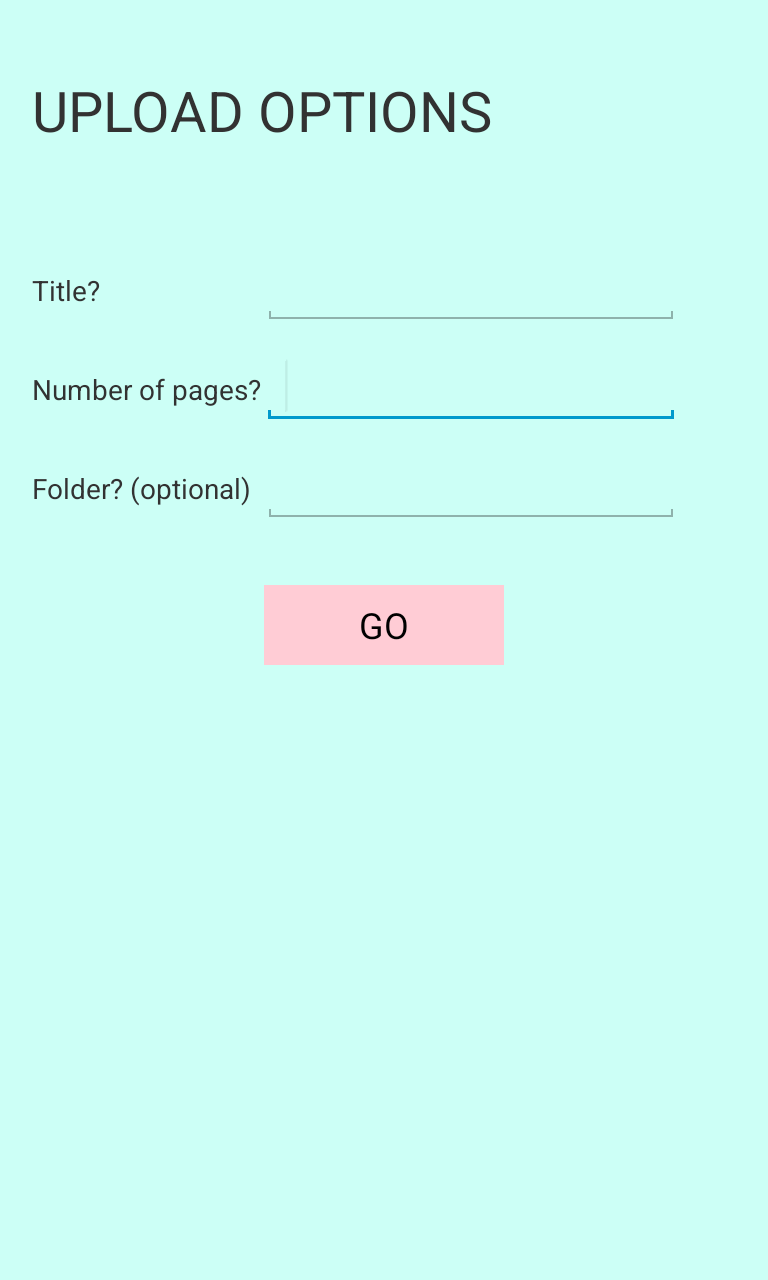
Repository: nick11roberts/Moka-Scanr
Layout: Document Uploader/res/layout/activity_options.xml
These files come from the project's save history. The layout is drawn as it stood at one moment and after the next save; the edit follows.
It is drawn on a 768 x 1280 px phone screen (xhdpi) without system bars, with theme android:Theme.Holo.Light.NoActionBar; the app's code is not run. The app's manifest (not shown) leaves right-to-left support off. So textAlignment, textDirection and layoutDirection are ignored, and left and right values win over start and end ones.

Above is the layout before, as saved 2014-05-30 21:55:30.

### Document Uploader/res/layout/activity_options.xml
<LinearLayout xmlns:android="http://schemas.android.com/apk/res/android"
    xmlns:tools="http://schemas.android.com/tools"
    android:layout_width="match_parent"
    android:layout_height="match_parent"
    android:background="@color/bg_color"
    android:baselineAligned="true"
    android:gravity="center_horizontal"
    android:orientation="vertical"
    android:paddingBottom="@dimen/activity_vertical_margin"
    android:paddingLeft="@dimen/activity_horizontal_margin"
    android:paddingRight="@dimen/activity_horizontal_margin"
    android:paddingTop="@dimen/activity_vertical_margin" >

    <TextView
        android:layout_width="match_parent"
        android:layout_height="wrap_content"
        android:paddingBottom="30dp"
        android:paddingTop="20dp"
        android:text="@string/options_heading"
        android:textAlignment="center"
        android:textAllCaps="true"
        android:textSize="28sp" />

    <TableLayout
        android:layout_width="match_parent"
        android:layout_height="wrap_content"
        android:paddingBottom="20dp"
        android:paddingTop="20dp" >

        <TableRow
            android:id="@+id/tableRowDocumentTitle"
            android:layout_width="wrap_content"
            android:layout_height="wrap_content"
            android:paddingBottom="10dp" >

            <TextView
                android:id="@+id/textView2"
                android:layout_width="wrap_content"
                android:layout_height="wrap_content"
                android:text="@string/options_title" />

            <EditText
                android:id="@+id/inputTextDocumentTitle"
                android:layout_width="wrap_content"
                android:layout_height="wrap_content"
                android:ems="10"
                android:inputType="text" />

        </TableRow>

        <TableRow
            android:id="@+id/tableRowNumOfPages"
            android:layout_width="wrap_content"
            android:layout_height="wrap_content"
            android:paddingBottom="10dp" >

            <TextView
                android:id="@+id/textView1"
                android:layout_width="wrap_content"
                android:layout_height="wrap_content"
                android:text="@string/options_pages" />

            <EditText
                android:id="@+id/inputTextNumOfPages"
                android:layout_width="wrap_content"
                android:layout_height="wrap_content"
                android:ems="10"
                android:inputType="number">
                <requestFocus />
            </EditText>

        </TableRow>

        <TableRow
            android:id="@+id/tableRowFolder"
            android:layout_width="wrap_content"
            android:layout_height="wrap_content"
            android:paddingBottom="10dp" >

            <TextView
                android:id="@+id/textView3"
                android:layout_width="wrap_content"
                android:layout_height="wrap_content"
                android:text="@string/options_folder" />

            <EditText
                android:id="@+id/inputTextFolder"
                android:layout_width="wrap_content"
                android:layout_height="wrap_content"
                android:inputType="text"
                android:ems="10" />

        </TableRow>
    </TableLayout>


	<Button
        android:id="@+id/optionsButton"
        android:layout_width="120dp"
        android:layout_height="40dp"
        android:background="@color/button_color"
        android:text="@string/options_button_go"
        android:textAlignment="center" />



</LinearLayout>

### Document Uploader/res/values/colors.xml
<?xml version="1.0" encoding="utf-8"?>
<resources>
   <color name="button_color">#FFCCD5</color>
   <color name="bg_color">#CCFFF6</color>
</resources>

### Document Uploader/res/values/strings.xml
<?xml version="1.0" encoding="utf-8"?>
<resources>

    <string name="app_name">PDF-Drive</string>

    <string name="main_heading">Upload a new PDF?</string>
    <string name="main_button_upload">UPLOAD</string>

    <string name="options_heading">Upload options</string>
    <string name="options_pages">Number of pages?</string>
    <string name="options_title">Title?</string>
    <string name="options_folder">Folder? (optional)</string>
    <string name="options_button_go">GO</string>

    <string name="action_settings">Settings</string>

</resources>

Loaded but not shown: Document Uploader/res/values/dimens.xml (common file); Document Uploader/res/values-w820dp/dimens.xml (common file)

After the next save:
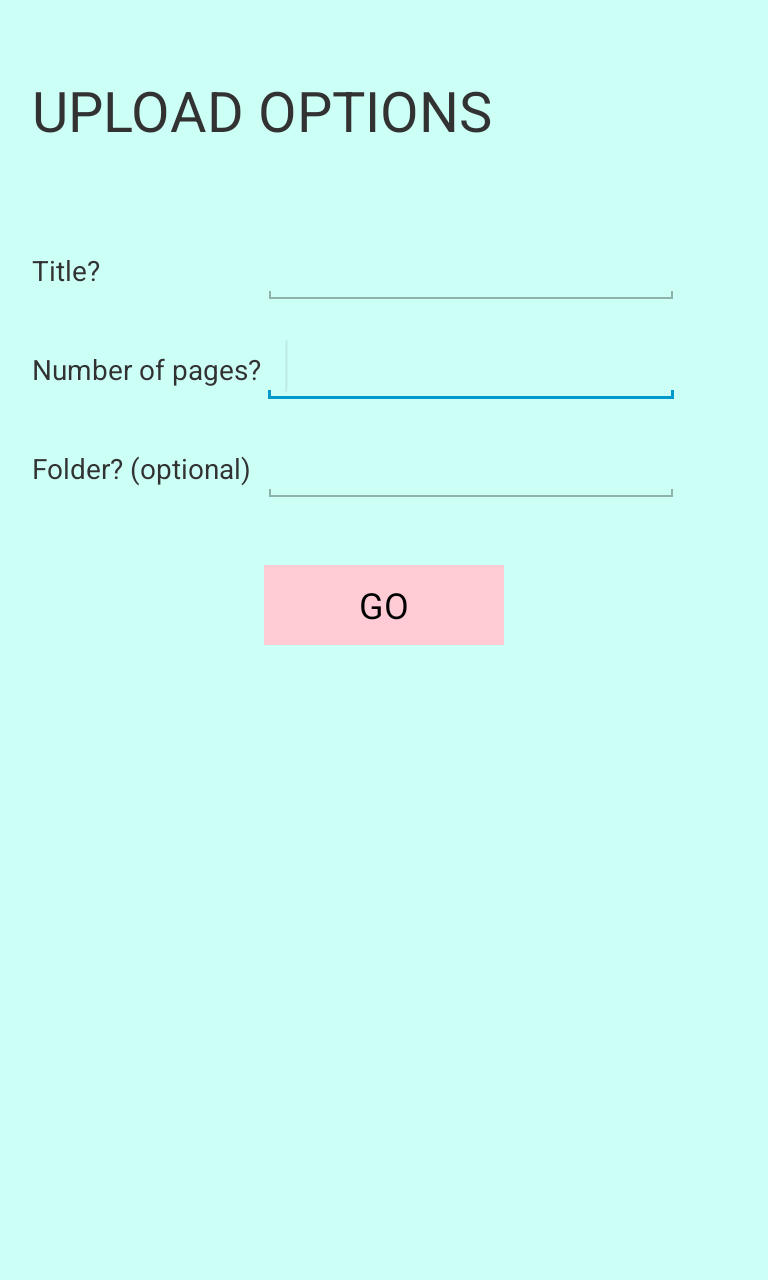
Saved 16 s later.
--- a/Document Uploader/res/layout/activity_options.xml
+++ b/Document Uploader/res/layout/activity_options.xml
@@ -14,7 +14,7 @@
     <TextView
         android:layout_width="match_parent"
         android:layout_height="wrap_content"
-        android:paddingBottom="30dp"
+        android:paddingBottom="20dp"
         android:paddingTop="20dp"
         android:text="@string/options_heading"
         android:textAlignment="center"
